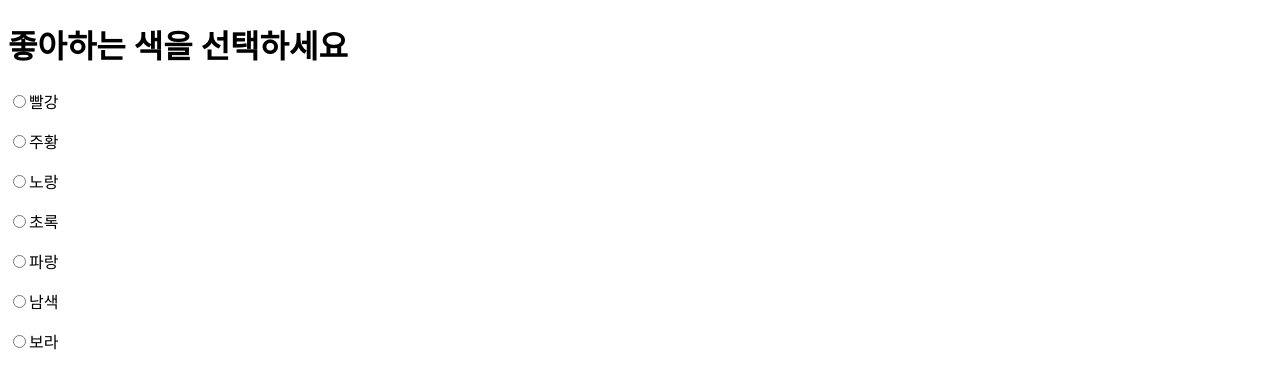
Repository: SongHyeSun/JSP
Page: jspSrc17/och02/src/main/webapp/color.html
An editor plug-in stored every save of this project. The page is shown before and after the next save, followed by the edit.
The browser window is 1280 px wide. The pictures show the whole page.

Above is the page before, as saved 2024-07-09 02:39:17.

After the next save:
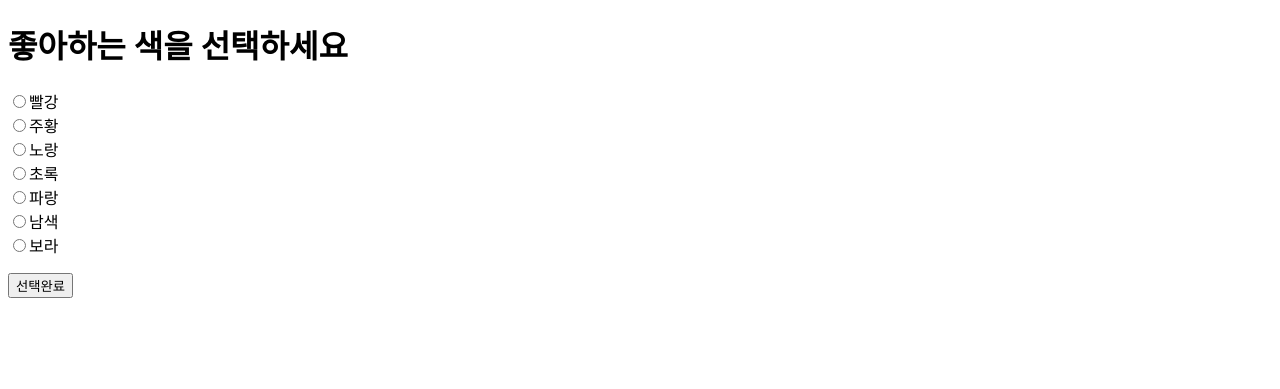
Saved 2 min 30 s later.
--- a/jspSrc17/och02/src/main/webapp/color.html
+++ b/jspSrc17/och02/src/main/webapp/color.html
@@ -6,12 +6,15 @@
 </head>
 <body>
 	<h1>좋아하는 색을 선택하세요</h1>
-	<label><input type="radio" name="color" value="red">빨강</label><p>
-	<label><input type="radio" name="color" value="orange">주황</label><p>
-	<label><input type="radio" name="color" value="yellow">노랑</label><p>
-	<label><input type="radio" name="color" value="green">초록</label><p>
-	<label><input type="radio" name="color" value="blue">파랑</label><p>
-	<label><input type="radio" name="color" value="navy">남색<label><p>
-	<label><input type="radio" name="color" value="violet">보라</label><p>
+	<form>
+		<label><input type="radio" name="color" value="red">빨강</label><br>
+		<label><input type="radio" name="color" value="orange">주황</label><br>
+		<label><input type="radio" name="color" value="yellow">노랑</label><br>
+		<label><input type="radio" name="color" value="green">초록</label><br>
+		<label><input type="radio" name="color" value="blue">파랑</label><br>
+		<label><input type="radio" name="color" value="navy">남색</label><br>
+		<label><input type="radio" name="color" value="violet">보라</label><p>
+		<input type="submit" value="선택완료"><br>
+	</form>
 </body>
 </html>
